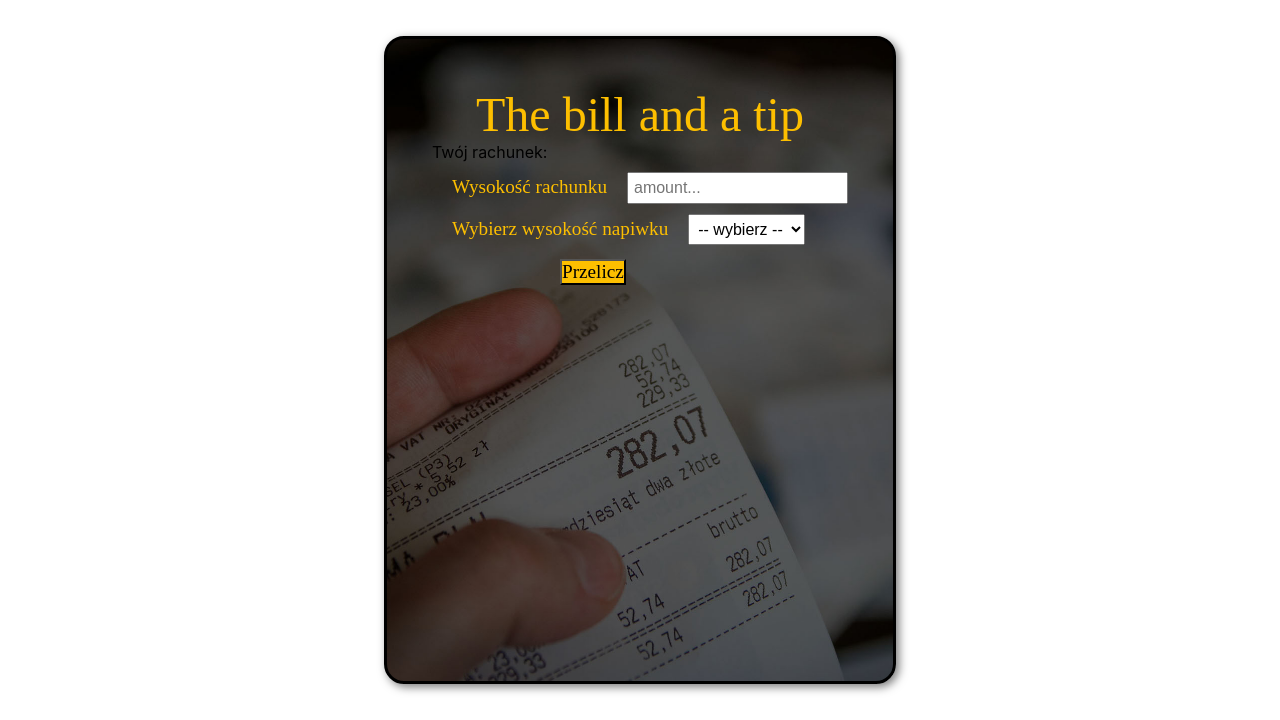
Repository: KrzysKolo/sr_tydzien4_zad1
Page: /
These files come from the project's save history. The page is drawn as it stood at one moment and after the next save; the edit follows.
The browser window is 1280 px wide. The pictures show the whole page.
Some web fonts or font styles are not loaded; a fallback is used. The project was rebuilt for these pictures with package versions that can differ from the ones it lists, and the page was loaded fresh each time.

Above is the page before, as saved 2020-11-06 10:49:49.

After the next save:
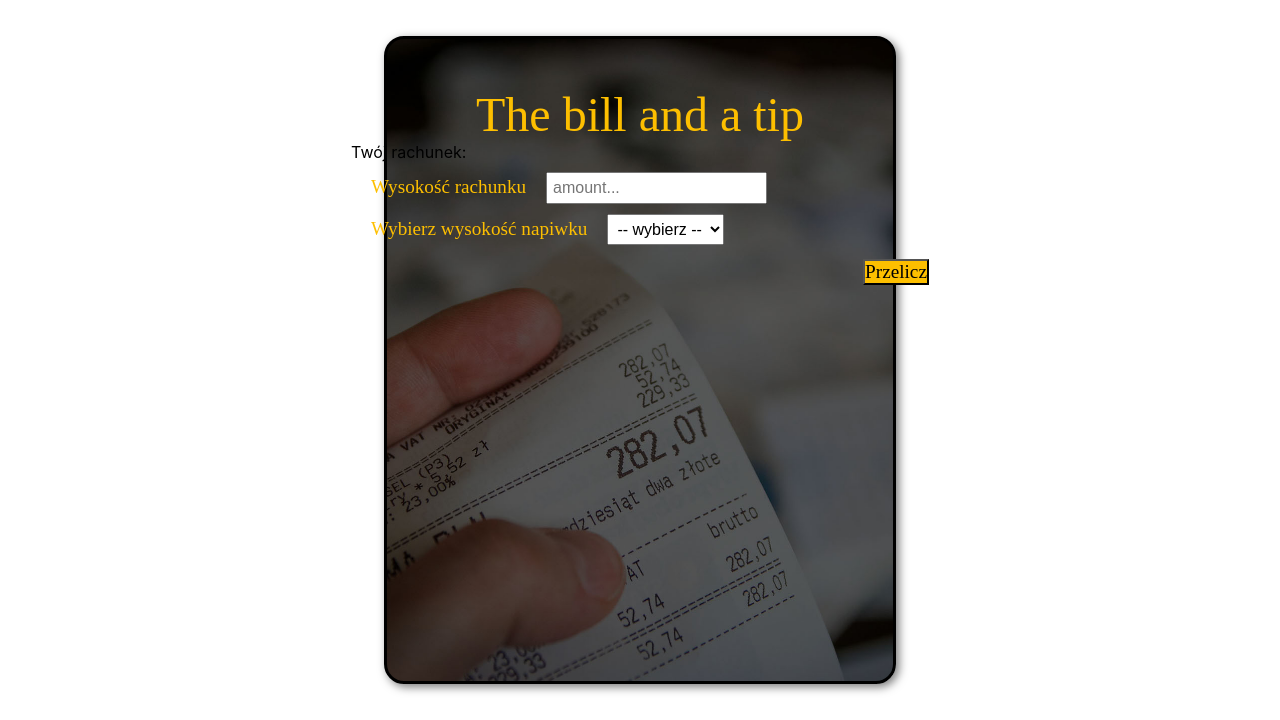
Saved 11 s later.
--- a/src/components/BillCard.css
+++ b/src/components/BillCard.css
@@ -32,6 +32,6 @@
   font-family: "Shadows Into Light Two", cursive;
   font-size: 1.2rem;
   background-color: rgb(253, 191, 0);
-  margin: 2vh auto 2vh 10vw;
+  margin: 2vh auto 2vh 40vw;
   transition: all ease-in-out 0.6s;
 }
